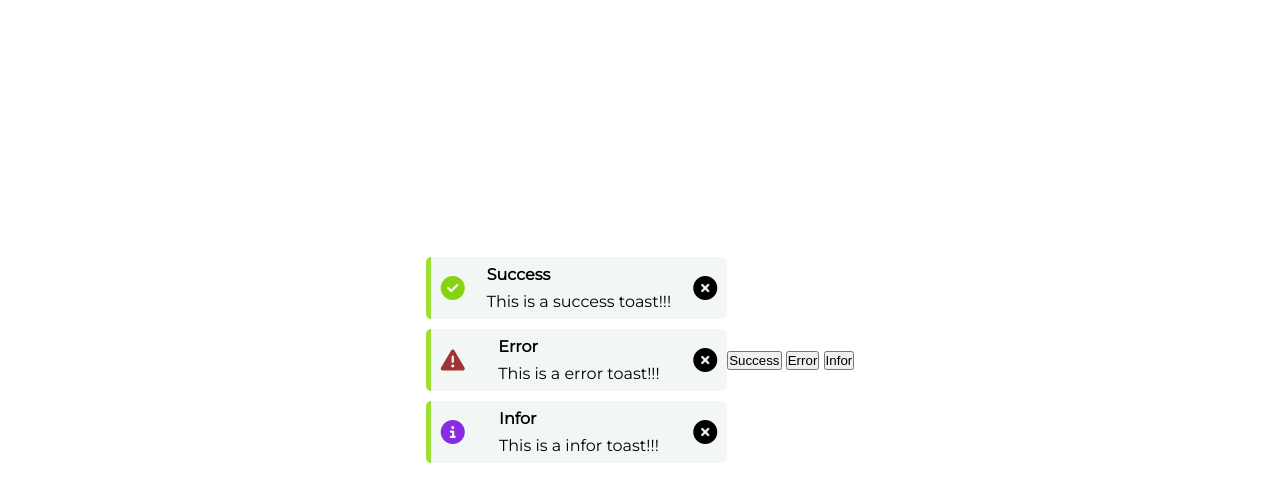
Repository: thuynguyen0964/Toast-Cooler
Page: index.html
An editor plug-in stored every save of this project. The page is shown before and after a run of saves, followed by the edit.
The browser window is 1280 px wide. The pictures show the whole page.

Above is the page before, as saved 2023-01-26 20:34:04.

After the next 3 saves:
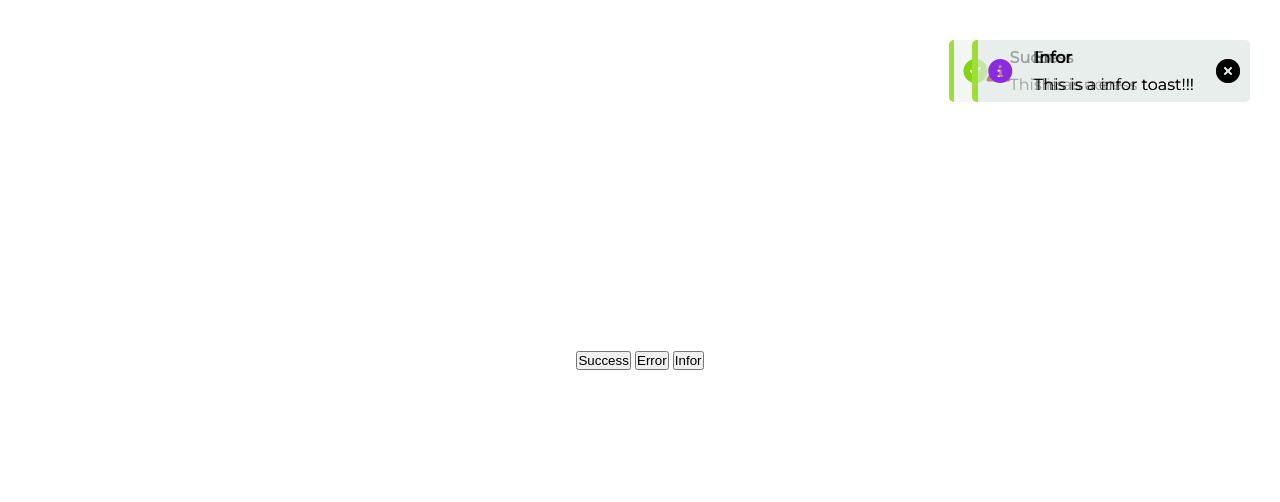
The 3 saves are shown as one change because they came seconds apart.
The last was saved 9 s later.
--- a/app/style.css
+++ b/app/style.css
@@ -12,7 +12,9 @@ body{
 }
 
 .toast{
-    po
+    position: fixed;
+    top: 30px;
+    right: 30px;
     width: 350x;
     list-style: none;
     border-left: 5px solid #9de031;
